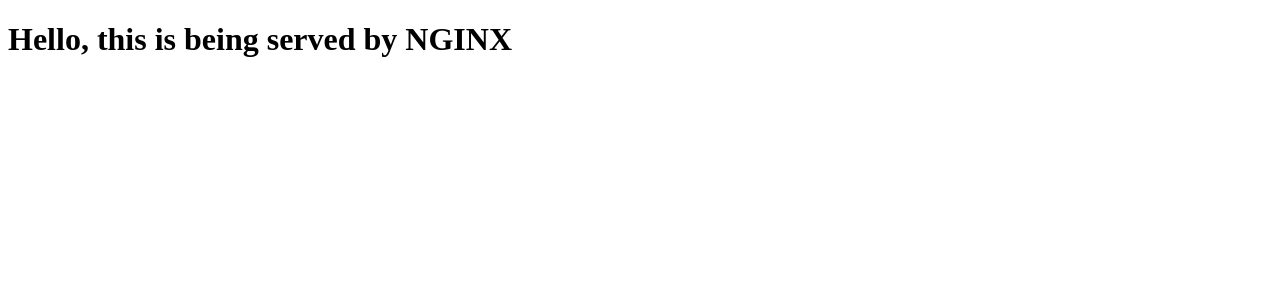
Repository: alejandroRdzGarza/nginx_test
Page: index.html
An editor plug-in stored every save of this project. The page is shown before and after the next save, followed by the edit.
The browser window is 1280 px wide. The pictures show the whole page.

Above is the page before, as saved 2024-03-02 17:20:24.

### index.html
<!DOCTYPE html>
<html>
    <head>
        <meta charset="UTF-8"/>
        <title>My NGINX project</title>
        <link rel="stylesheet" href=""/>
    </head>
    <body>
        <h1>Hello, this is being served by NGINX</h1>
    </body>
</html>

### styles.css
h1 {
    background-color: pink;
    color: aqua;
}

After the next save:
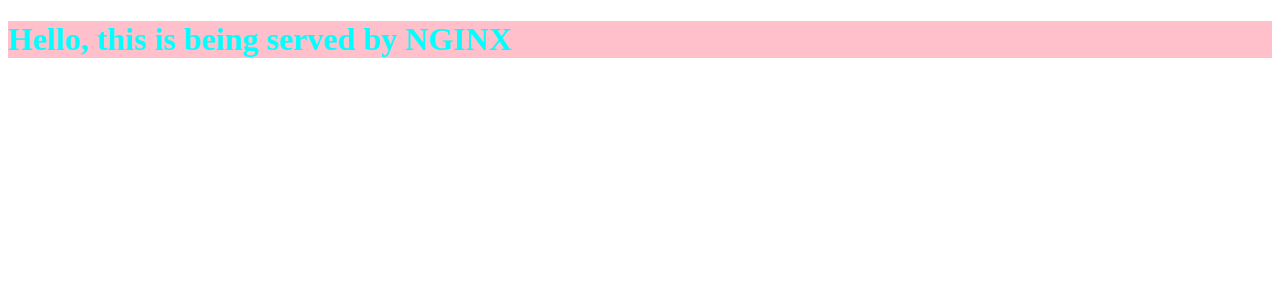
Saved 6 s later.
--- a/index.html
+++ b/index.html
@@ -3,7 +3,7 @@
     <head>
         <meta charset="UTF-8"/>
         <title>My NGINX project</title>
-        <link rel="stylesheet" href=""/>
+        <link rel="stylesheet" href="./styles.css"/>
     </head>
     <body>
         <h1>Hello, this is being served by NGINX</h1>
